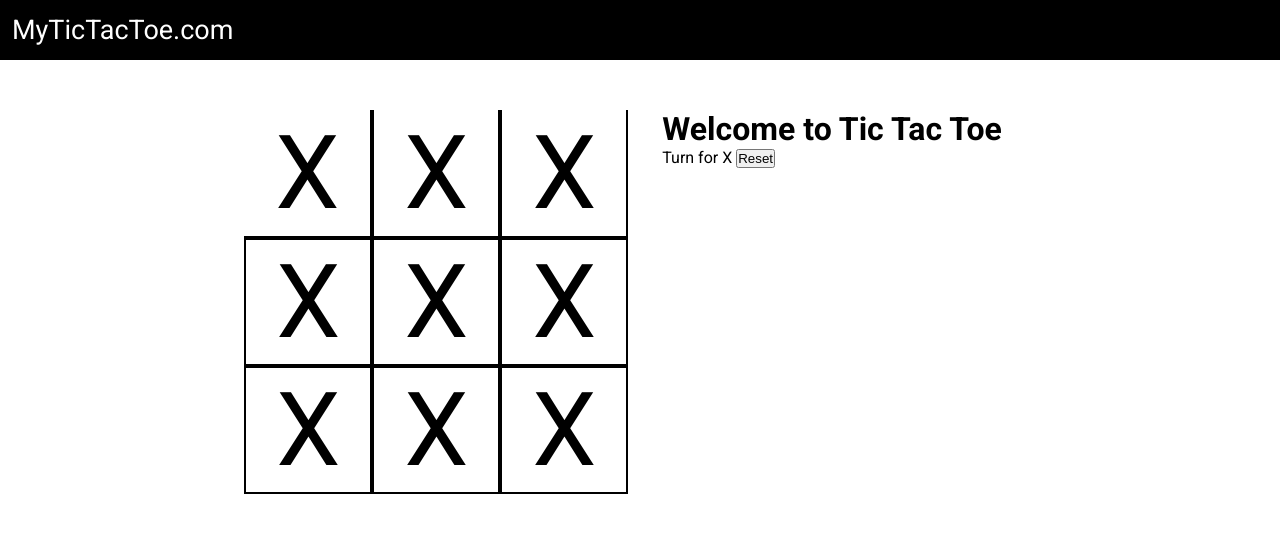
Repository: AshwinUgale/TicTacToe
Page: index.html
An editor plug-in stored every save of this project. The page is shown before and after the next save, followed by the edit.
The browser window is 1280 px wide. The pictures show the whole page.

Above is the page before, as saved 2024-12-19 10:08:11.

After the next save:
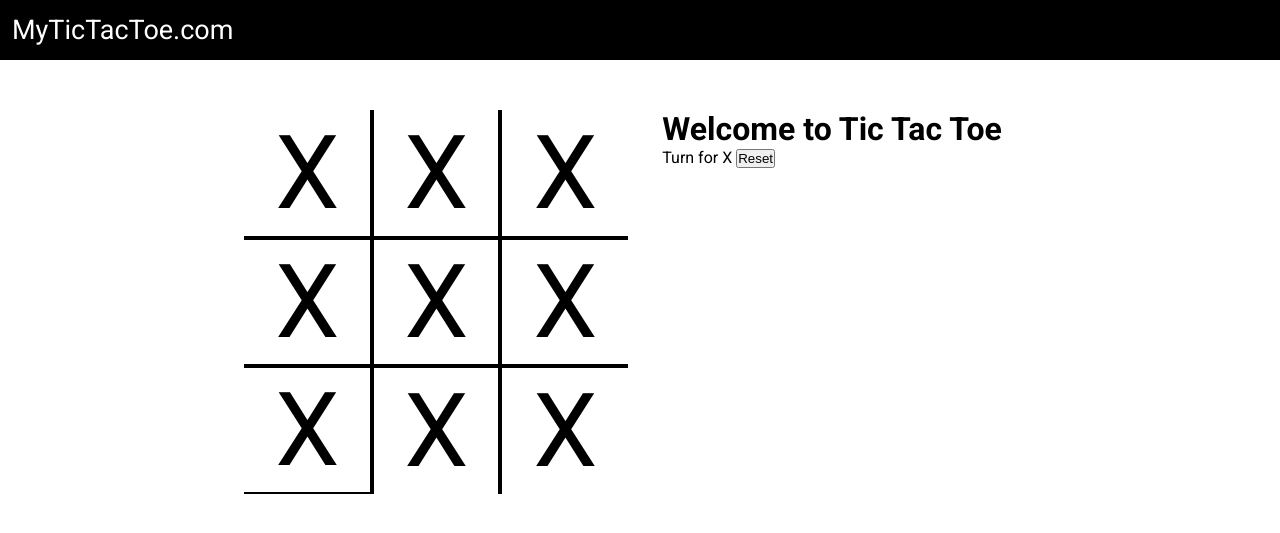
Saved 44 s later.
--- a/index.html
+++ b/index.html
@@ -16,13 +16,13 @@
       <div class="container">
         <div class="box bt-0 bl-0 "><span class="boxtext">X</span></div>
         <div class="box bt-0"><span class="boxtext">X</span></div>
-        <div class="box bt-0"><span class="boxtext">X</span></div>
+        <div class="box bt-0 br-0"><span class="boxtext">X</span></div>
+        <div class="box bl-0"><span class="boxtext">X</span></div>
         <div class="box"><span class="boxtext">X</span></div>
-        <div class="box"><span class="boxtext">X</span></div>
-        <div class="box"><span class="boxtext">X</span></div>
-        <div class="box"><span class="boxtext">X</span></div>
-        <div class="box"><span class="boxtext">X</span></div>
-        <div class="box"><span class="boxtext">X</span></div>
+        <div class="box br-0"><span class="boxtext">X</span></div>
+        <div class="box bl-0"><span class="boxtext">X</span></div>
+        <div class="box bb-0"><span class="boxtext">X</span></div>
+        <div class="box bb-0 br-0"><span class="boxtext">X</span></div>
       </div>
       <div class="gameInfo">
         <h1>Welcome to Tic Tac Toe</h1>
